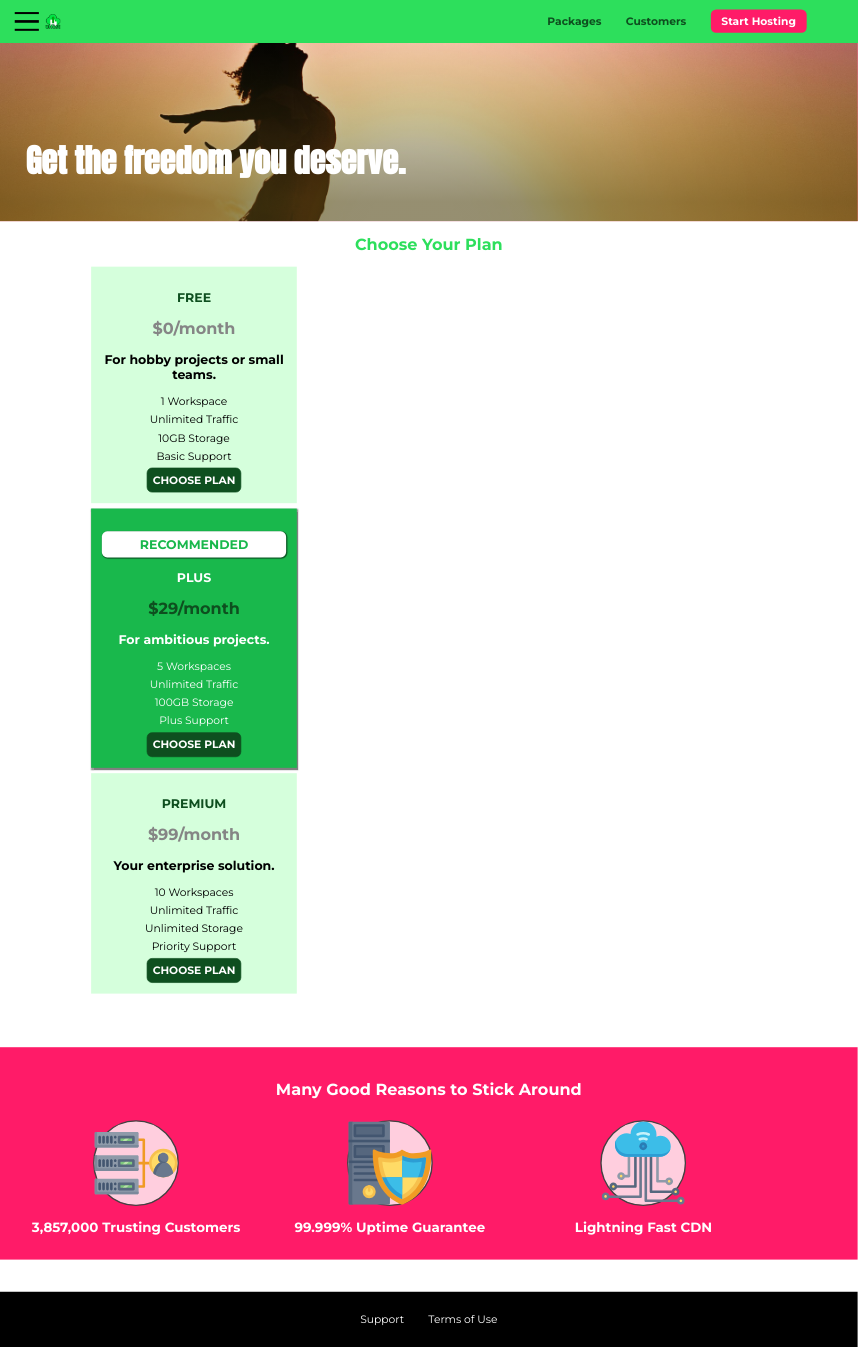
Repository: luacooli/css-course
Page: my_project/index.html
An editor plug-in stored every save of this project. The page is shown before and after the next save, followed by the edit.
The browser window is 1280 px wide. The pictures show the whole page, at 67% of full size.

Above is the page before, as saved 2020-09-16 06:54:54.

After the next save:
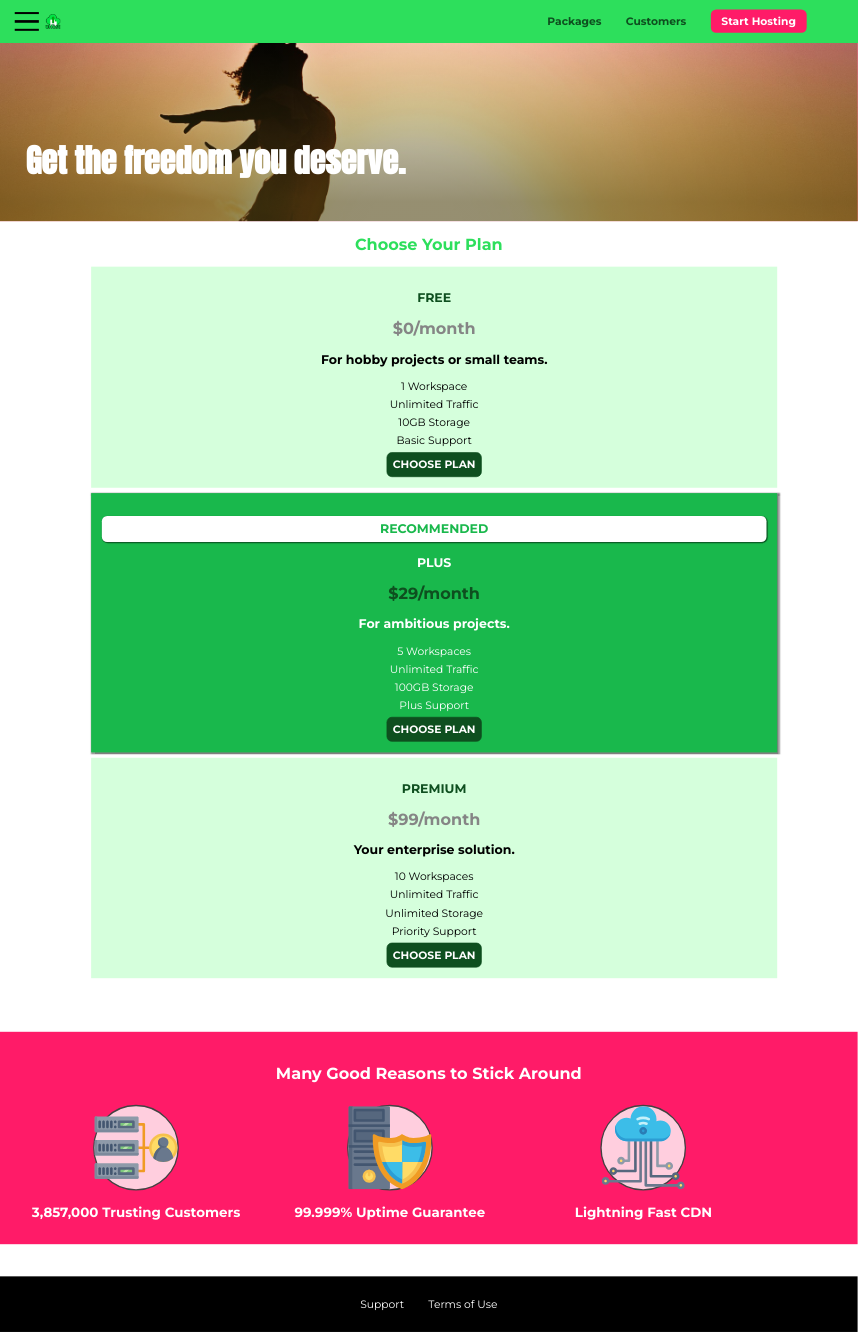
Saved 2 min 28 s later.
--- a/my_project/main.css
+++ b/my_project/main.css
@@ -53,7 +53,7 @@
   text-align: center;
   padding: 16px;
   margin: 8px;
-  width: 30%;
+  width: 100%;
   vertical-align: middle;
 }
 
